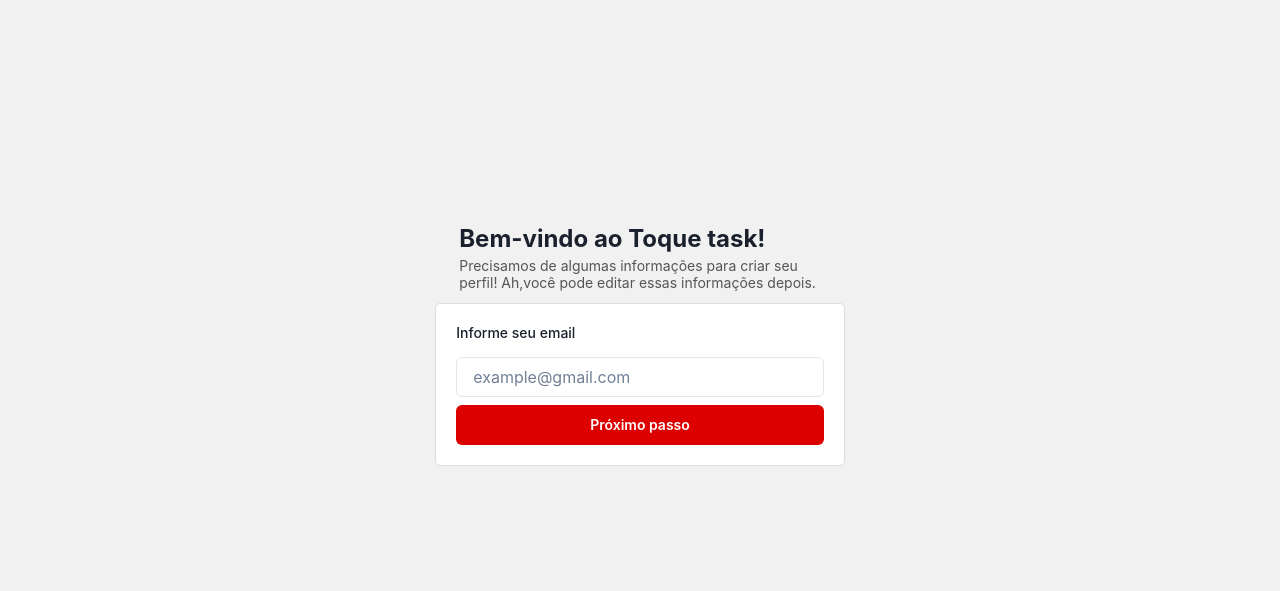
Repository: jorgelucasjs/chakra-ui-doc
Page: /
These files come from the project's save history. The page is drawn as it stood at one moment and after the next save; the edit follows.
The browser window is 1280 px wide. The pictures show the whole page.
The project was rebuilt for these pictures with package versions that can differ from the ones it lists, and the page was loaded fresh each time.

Above is the page before, as saved 2023-01-06 14:43:27.

After the next save:
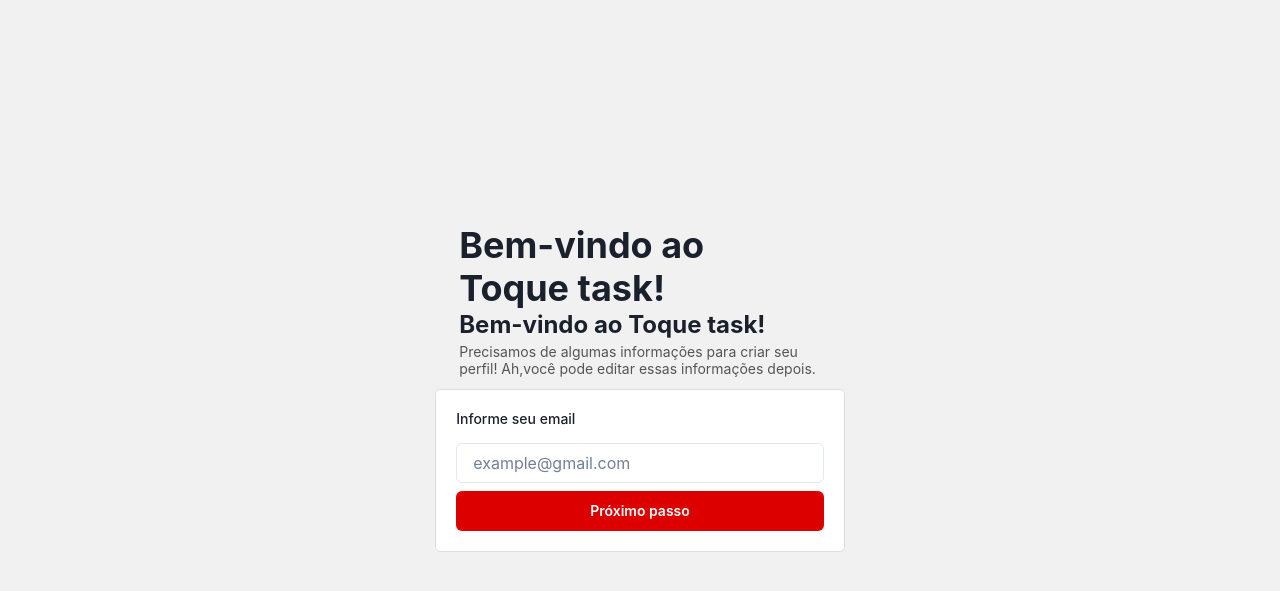
Saved 16 s later.
--- a/src/pages/index.tsx
+++ b/src/pages/index.tsx
@@ -12,7 +12,7 @@
 				<Box p={6} pb={0}>
 
 					<Heading>
-
+					Bem-vindo ao Toque task!
 					</Heading>
 					<Text fontSize='2xl' mb={1} fontWeight='bold'>Bem-vindo ao Toque task!</Text>
 
